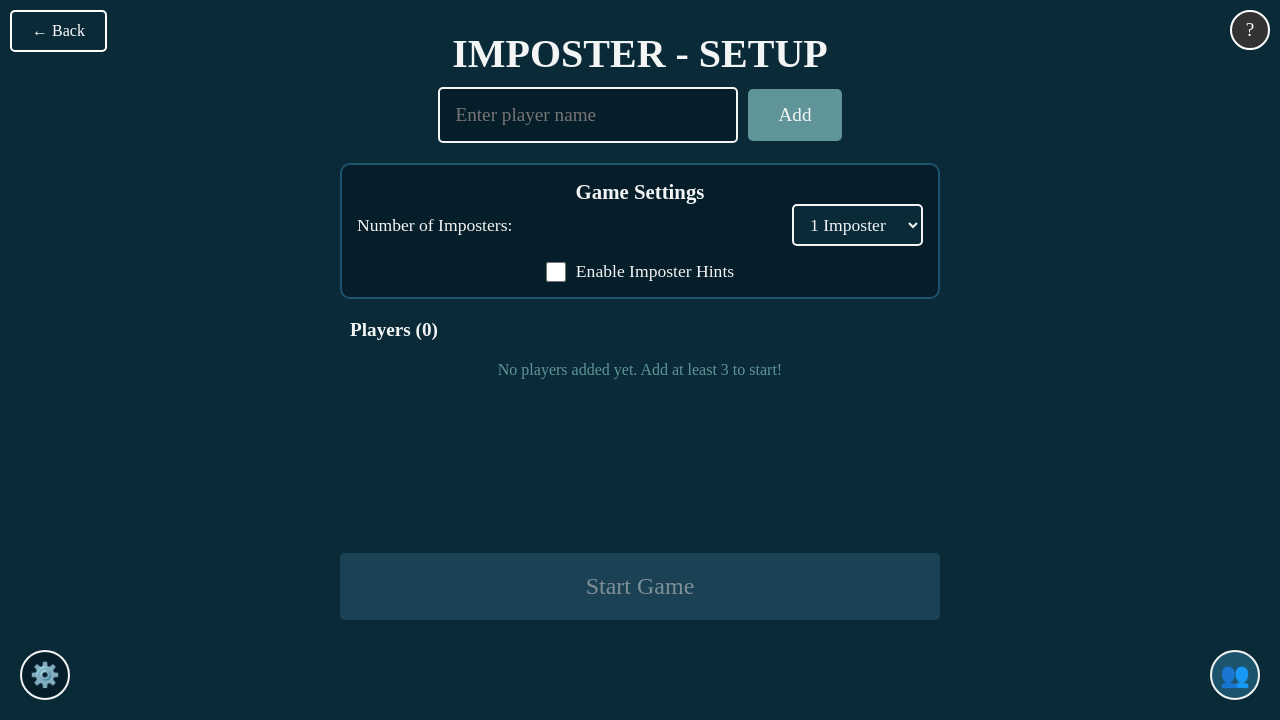
Repository: nfemmanuel/game-night-app
Page: /imposter-setup
An editor plug-in stored every save of this project. The page is shown before and after the next save, followed by the edit.
The browser window is 1280 px wide. The pictures show the whole page.
Some web fonts or font styles are not loaded; a fallback is used. The project was rebuilt for these pictures with package versions that can differ from the ones it lists, and the page was loaded fresh each time. Also part of the build but not shown: src/components/GameCard.module.css, src/components/GameCard.jsx, src/components/ModeSelector.jsx, src/utils/StorageManager.js, src/pages/LandingPage.jsx, src/data/wordList.js, src/pages/imposter/ImposterReveal.jsx, src/pages/imposter/ImposterVoting.jsx and 15 more.

Above is the page before, as saved 2026-01-12 12:56:12.

After the next save:
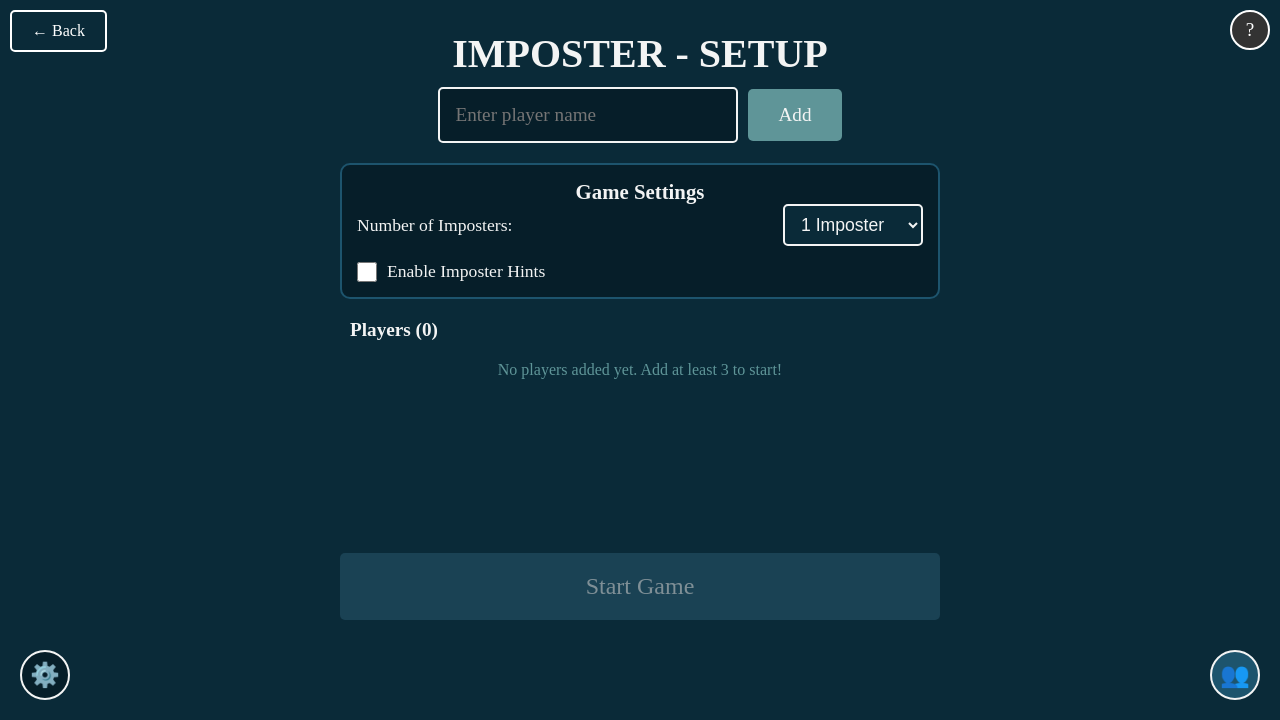
Saved 5 min 10 s later.
--- a/src/pages/imposter/ImposterSetup.jsx
+++ b/src/pages/imposter/ImposterSetup.jsx
@@ -32,6 +32,7 @@ function SortablePlayer({ id, player, index, onRemove, theme }) {
         padding: '10px 20px',
         borderRadius: '10px',
         userSelect: 'none',
+        touchAction: 'none',  // CRITICAL: Prevents browser scroll during drag
         opacity: isDragging ? 0.5 : 1,
         border: `2px solid ${theme.secondary}`
     };
@@ -101,8 +102,8 @@ function ImposterSetup() {
         }),
         useSensor(TouchSensor, {
             activationConstraint: {
-                delay: 100,
-                tolerance: 8,
+                delay: 200,
+                tolerance: 5,
             },
         })
     );
@@ -157,11 +158,13 @@ function ImposterSetup() {
         <div style={{
             padding: '20px',
             minHeight: '100vh',
+            maxHeight: '100vh',  // ADDED: Prevent page from growing
             display: 'flex',
             flexDirection: 'column',
             boxSizing: 'border-box',
             backgroundColor: theme.bgMedium,
-            color: theme.textPrimary
+            color: theme.textPrimary,
+            overflow: 'hidden'  // ADDED: Prevent whole page scroll
         }}>
             <BackButton to="/" />
             <HelpButton helpText="Add at least 3 players, then start the game. Select how many imposters and whether to enable hints!" />
@@ -243,7 +246,6 @@ function ImposterSetup() {
                                 value={numImposters}
                                 onChange={(e) => setNumImposters(parseInt(e.target.value))}
                                 style={{
-                                    fontFamily: 'inherit',
                                     padding: '8px 12px',
                                     fontSize: isMobile ? '1rem' : '1.1rem',
                                     borderRadius: '5px',
@@ -266,9 +268,8 @@ function ImposterSetup() {
                             display: 'flex',
                             alignItems: 'center',
                             gap: '10px',
-                            fontSize: isMobile ?    '1rem' : '1.1rem',
-                            cursor: 'pointer',
-                            justifyContent: 'center'
+                            fontSize: isMobile ? '1rem' : '1.1rem',
+                            cursor: 'pointer'
                         }}>
                             <input
                                 type="checkbox"
